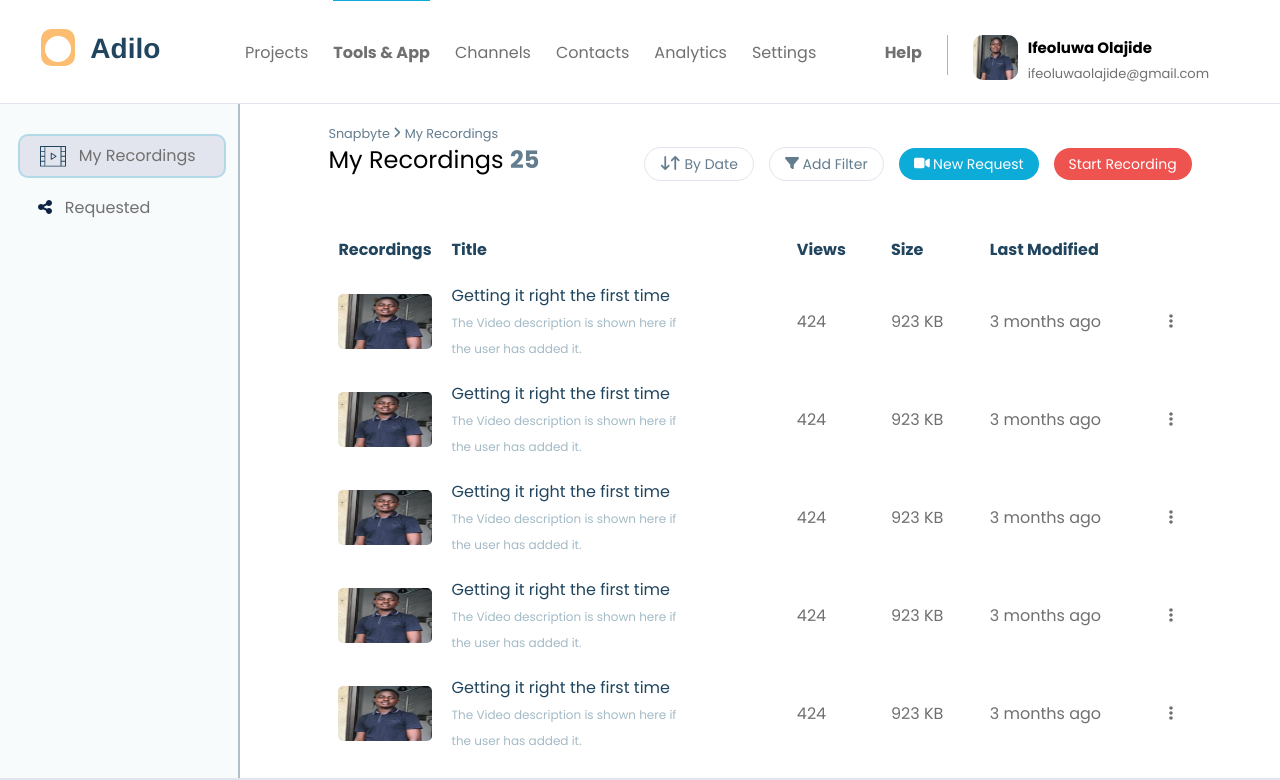
Repository: olhighjay/video_recorder
Page: /
The author's editor kept a copy of each file at every save. The page is drawn from the files as they stood at one save, then again after the next save.
The browser window is 1280 px wide. The pictures show the whole page.
Some web libraries are served in a nearby version. The project was rebuilt for these pictures with package versions that can differ from the ones it lists, and the page was loaded fresh each time. Also part of the build but not shown: vue.config.js.

Above is the page before, as saved 2022-07-29 08:36:29.

After the next save:
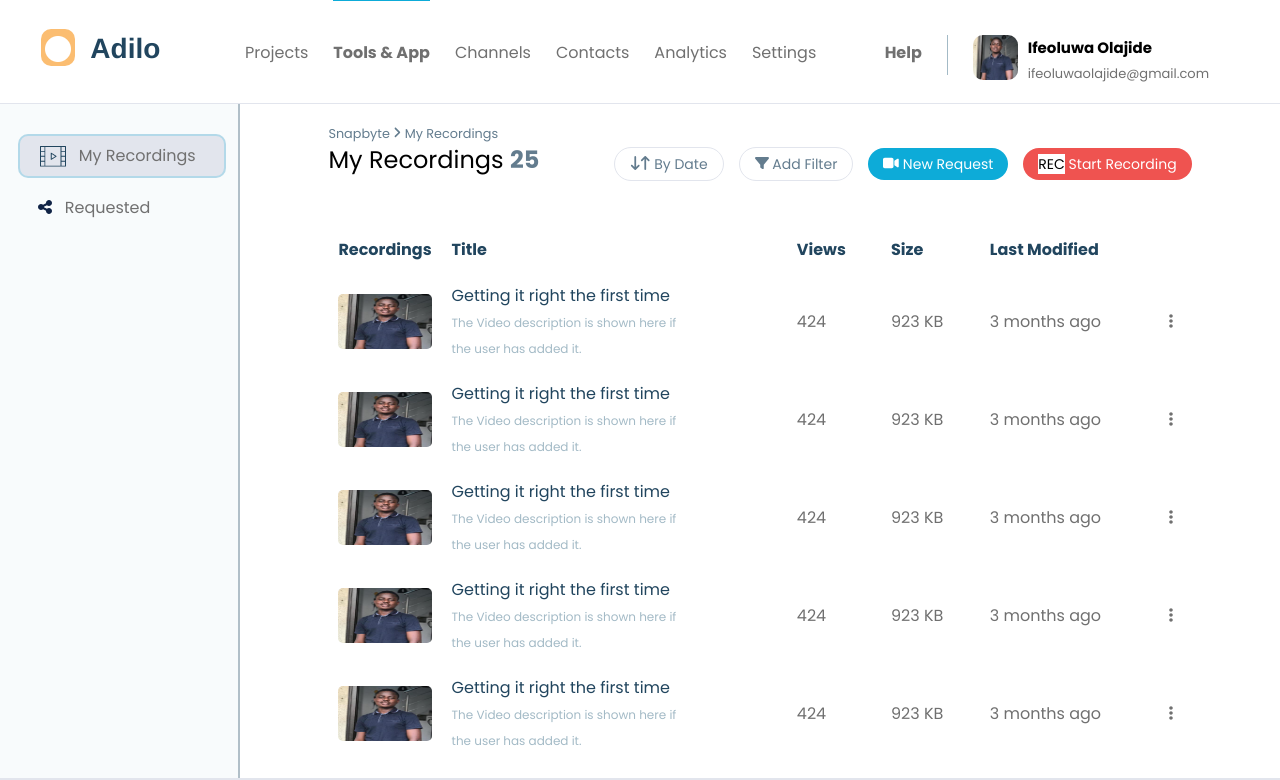
Saved 84 s later.
--- a/src/App.vue
+++ b/src/App.vue
@@ -29,7 +29,7 @@
                   New Request
                 </button>
                 <button class="sub-heading-btn red-btn">
-                  <span></span>
+                  <span style="color:#000; background-color:#fff">REC</span>
                   Start Recording
                 </button>
               </div>
